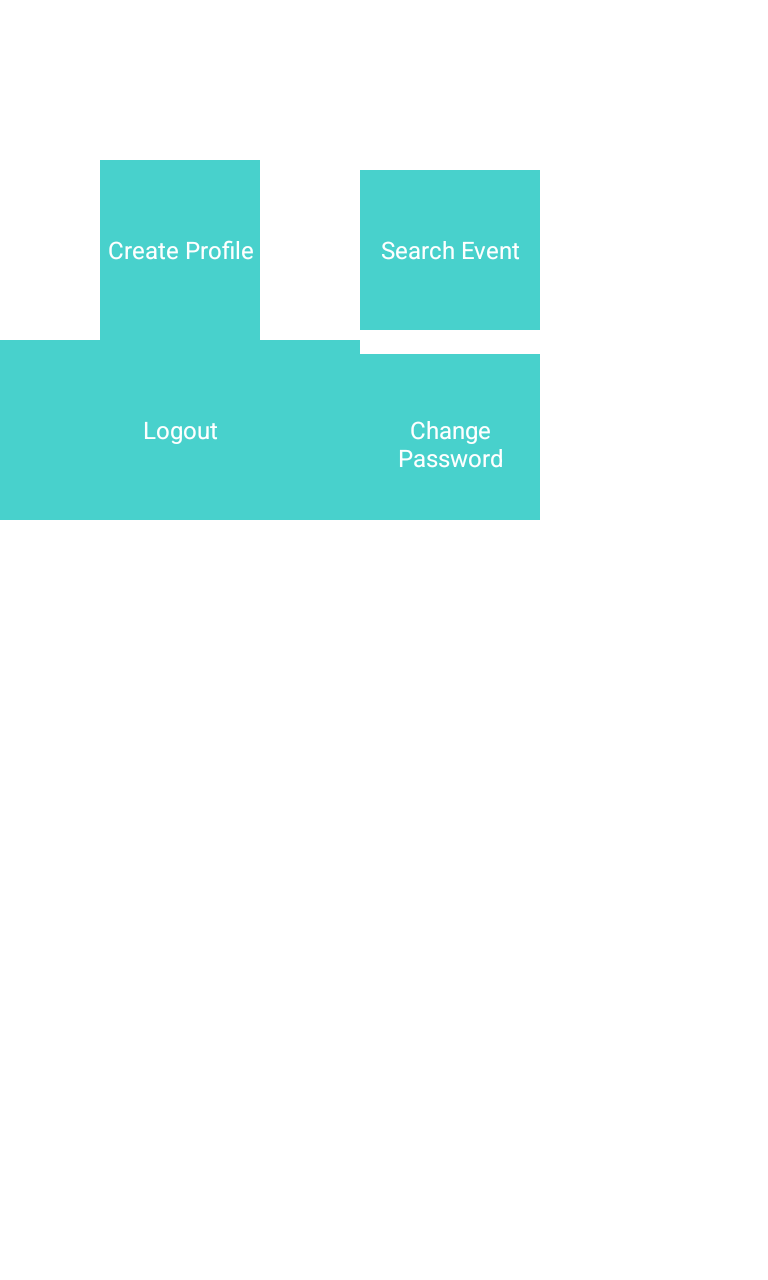
Repository: COMP231-S63G1/COMP231-S63G1
Layout: Wanna/res/layout/login_success.xml
These files come from the project's save history. The layout is drawn as it stood at one moment and after the next save; the edit follows.
It is drawn on a 768 x 1280 px phone screen (xhdpi) without system bars, with theme AppTheme; the app's code is not run. The app's manifest (not shown) leaves right-to-left support off. So textAlignment, textDirection and layoutDirection are ignored, and left and right values win over start and end ones.

Above is the layout before, as saved 2014-10-24 15:43:42.

After the next save:
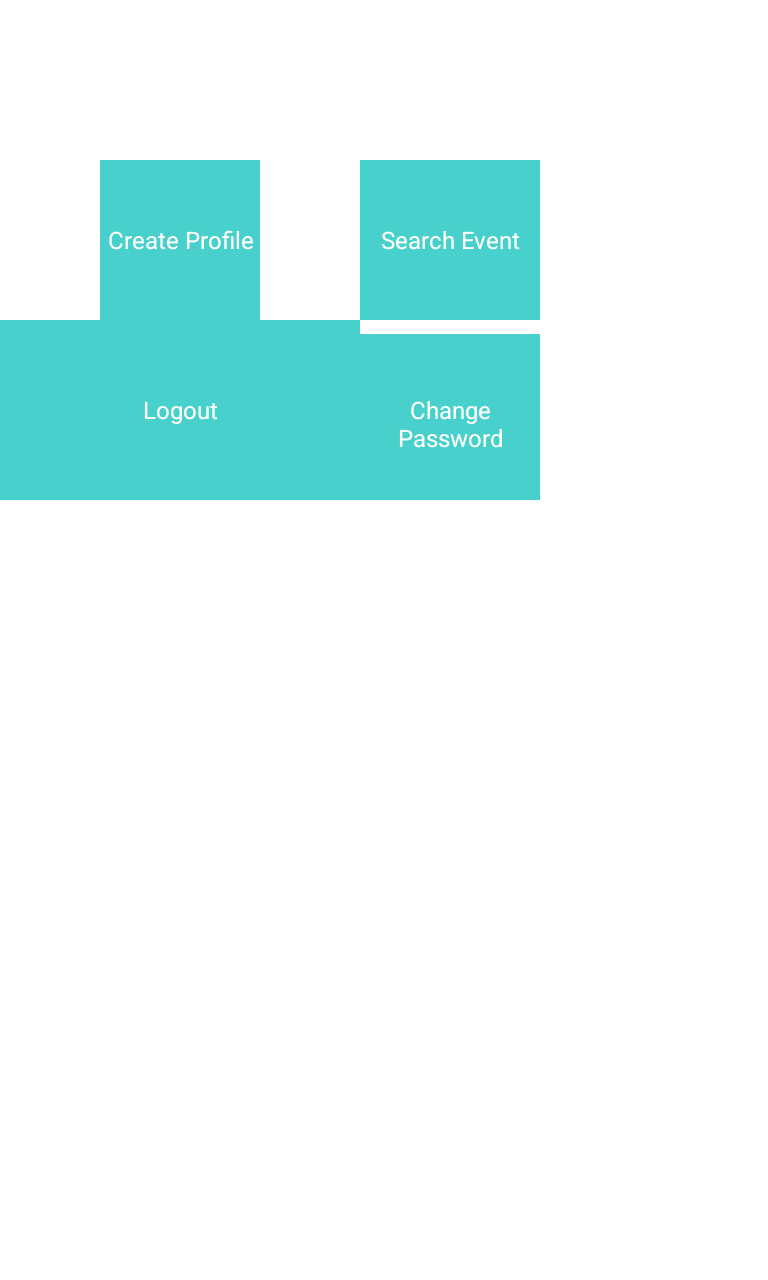
Saved 4 s later.
--- a/Wanna/res/layout/login_success.xml
+++ b/Wanna/res/layout/login_success.xml
@@ -32,7 +32,7 @@
 <Button
         android:id="@+id/createProf"
         android:layout_width="80dp"
-        android:layout_height="90dp"
+        android:layout_height="80dp"
         android:background="#48D1CC"
         android:text="Create Profile"
         android:textColor="#ffffff"
